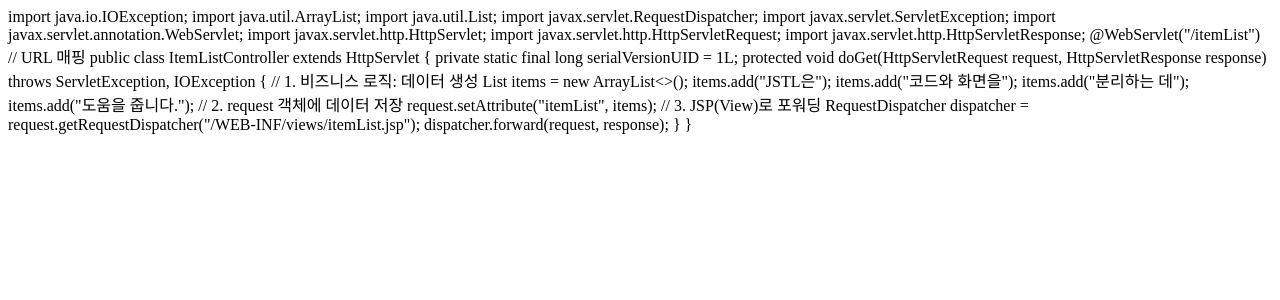
Repository: 1plus1equals3-true/Board-temp
Page: http://localhost/jsp/test/test2.jsp
An editor plug-in stored every save of this project. The page is shown before and after the next save, followed by the edit.
The browser window is 1280 px wide. The pictures show the whole page.
The page is served by Tomcat 9.

Above is the page before, as saved 2025-09-15 04:42:21.

After the next save:
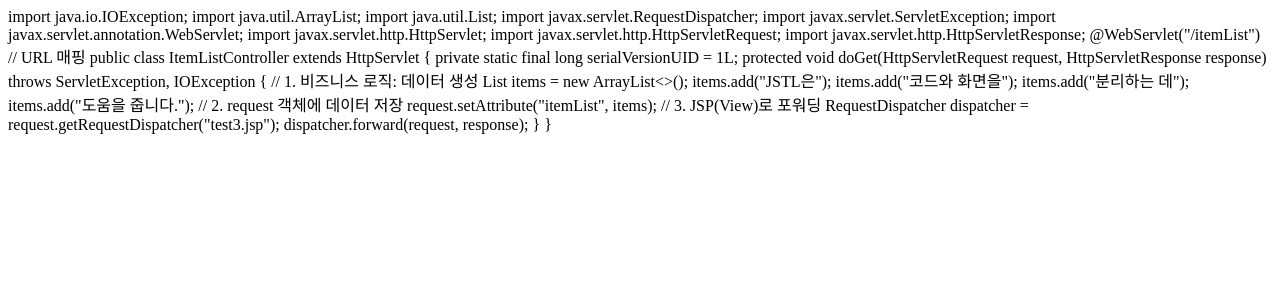
Saved 41 s later.
--- a/jsp/src/main/webapp/test/test2.jsp
+++ b/jsp/src/main/webapp/test/test2.jsp
@@ -29,7 +29,7 @@ public class ItemListController extends HttpServlet {
         request.setAttribute("itemList", items);
 
         // 3. JSP(View)로 포워딩
-        RequestDispatcher dispatcher = request.getRequestDispatcher("/WEB-INF/views/itemList.jsp");
+        RequestDispatcher dispatcher = request.getRequestDispatcher("test3.jsp");
         dispatcher.forward(request, response);
     }
 }
